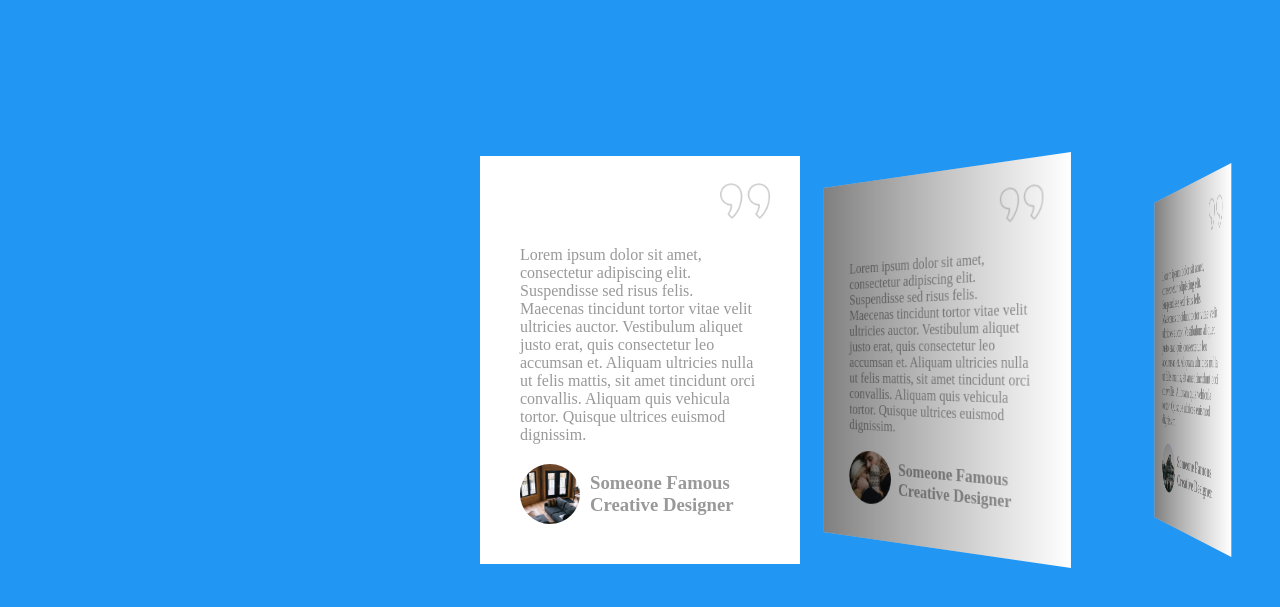
Repository: honghyunAhn/DailyFront
Page: Day210209_Responsive_Client_Testimonial_Section/index.html
These files come from the project's save history. The page is drawn as it stood at one moment and after the next save; the edit follows.
The browser window is 1280 px wide. The pictures show the whole page.

Above is the page before, as saved 2021-02-10 22:20:13.

### Day210209_Responsive_Client_Testimonial_Section/index.html
<!DOCTYPE html>
<html lang="en">
<head>
    <meta charset="UTF-8">
    <meta http-equiv="X-UA-Compatible" content="IE=edge">
    <meta name="viewport" content="width=device-width, initial-scale=1.0">
    <title>Responsive Client Testimonial Section</title>
    <link rel="stylesheet" href="https://unpkg.com/swiper/swiper-bundle.min.css" />
    <link rel="stylesheet" href="style.css">
</head>
<body>
    <section>
        <div class="swiper-container">
            <div class="swiper-wrapper">
                <div class="swiper-slide">
                    <div class="testimonialBox">
                        <img src="img/quote.png" height="50px" width="50px" class="quote">
                        <div class="content">
                            <p>Lorem ipsum dolor sit amet, consectetur adipiscing elit.
                                Suspendisse sed risus felis. Maecenas tincidunt tortor
                                vitae velit ultricies auctor. Vestibulum aliquet justo erat,
                                quis consectetur leo accumsan et. Aliquam ultricies nulla ut
                                felis mattis, sit amet tincidunt orci convallis.
                                Aliquam quis vehicula tortor. Quisque ultrices euismod dignissim.</p>
                            <div class="details">
                                <div class="imgBx">
                                    <img src="img/1.jpg" alt="">
                                </div>
                                <h3>Someone Famous<br><span>Creative Designer</span></h3>
                            </div>
                        </div>
                    </div>
                </div>
                <div class="swiper-slide">
                    <div class="testimonialBox">
                        <img src="img/quote.png" height="50px" width="50px" class="quote">
                        <div class="content">
                            <p>Lorem ipsum dolor sit amet, consectetur adipiscing elit.
                                Suspendisse sed risus felis. Maecenas tincidunt tortor
                                vitae velit ultricies auctor. Vestibulum aliquet justo erat,
                                quis consectetur leo accumsan et. Aliquam ultricies nulla ut
                                felis mattis, sit amet tincidunt orci convallis.
                                Aliquam quis vehicula tortor. Quisque ultrices euismod dignissim.</p>
                            <div class="details">
                                <div class="imgBx">
                                    <img src="img/2.jpg" alt="">
                                </div>
                                <h3>Someone Famous<br><span>Creative Designer</span></h3>
                            </div>
                        </div>
                    </div>
                </div>
                <div class="swiper-slide">
                    <div class="testimonialBox">
                        <img src="img/quote.png" height="50px" width="50px" class="quote">
                        <div class="content">
                            <p>Lorem ipsum dolor sit amet, consectetur adipiscing elit.
                                Suspendisse sed risus felis. Maecenas tincidunt tortor
                                vitae velit ultricies auctor. Vestibulum aliquet justo erat,
                                quis consectetur leo accumsan et. Aliquam ultricies nulla ut
                                felis mattis, sit amet tincidunt orci convallis.
                                Aliquam quis vehicula tortor. Quisque ultrices euismod dignissim.</p>
                            <div class="details">
                                <div class="imgBx">
                                    <img src="img/3.jpg" alt="">
                                </div>
                                <h3>Someone Famous<br><span>Creative Designer</span></h3>
                            </div>
                        </div>
                    </div>
                </div>
            </div>
        </div>
    </section>
    <script src="https://unpkg.com/swiper/swiper-bundle.min.js"></script>
    <script>
        var swiper = new Swiper('.swiper-container', {
            effect: 'coverflow',
            grabCursor: true,
            centeredSlides: true,
            slidesPerView: 'auto',
            coverflowEffect: {
                rotate: 50,
                stretch: 0,
                depth: 100,
                modifier: 1,
                slideShadows: true,
            },
            pagination: {
                el: '.swiper-pagination',
            },
        });
    </script>
</body>
</html>

### Day210209_Responsive_Client_Testimonial_Section/style.css
@import url("https://fonts.googleapis.com/css?family=Poppins:200,300,400,500,600,700,800,900&display=swap");
* {
  margin: 0;
  padding: 0;
  box-sizing: border-box;
  font-family: "Poppins" sans-serif;
}
section {
  position: relative;
  width: 100%;
  min-height: 100vh;
  display: flex;
  justify-content: center;
  align-items: center;
  background: #2196f3;
  overflow: hidden;
}
.swiper-container {
  width: 100%;
  padding-top: 50px;
  padding-bottom: 50px;
}
.swiper-slide {
  background-position: center;
  background-size: cover;
  width: 320px;
  background: #fff;
}
.testimonialBox {
  position: relative;
  width: 100%;
  padding: 40px;
  padding-top: 90px;
  color: #999;
}
.testimonialBox .quote {
  position: absolute;
  top: 20px;
  right: 30px;
  opacity: 0.2;
}
.testimonialBox .details {
  display: flex;
  align-items: center;
  margin-top: 20px;
}
.testimonialBox .details .imgBx {
  position: relative;
  width: 60px;
  height: 60px;
  border-radius: 50%;
  overflow: hidden;
  margin-right: 10px;
}
.testimonialBox .details .imgBx img {
  position: absolute;
  top: 0;
  left: 0;
  width: 100%;
  height: 100%;
  object-fit: cover;
}

After the next save:
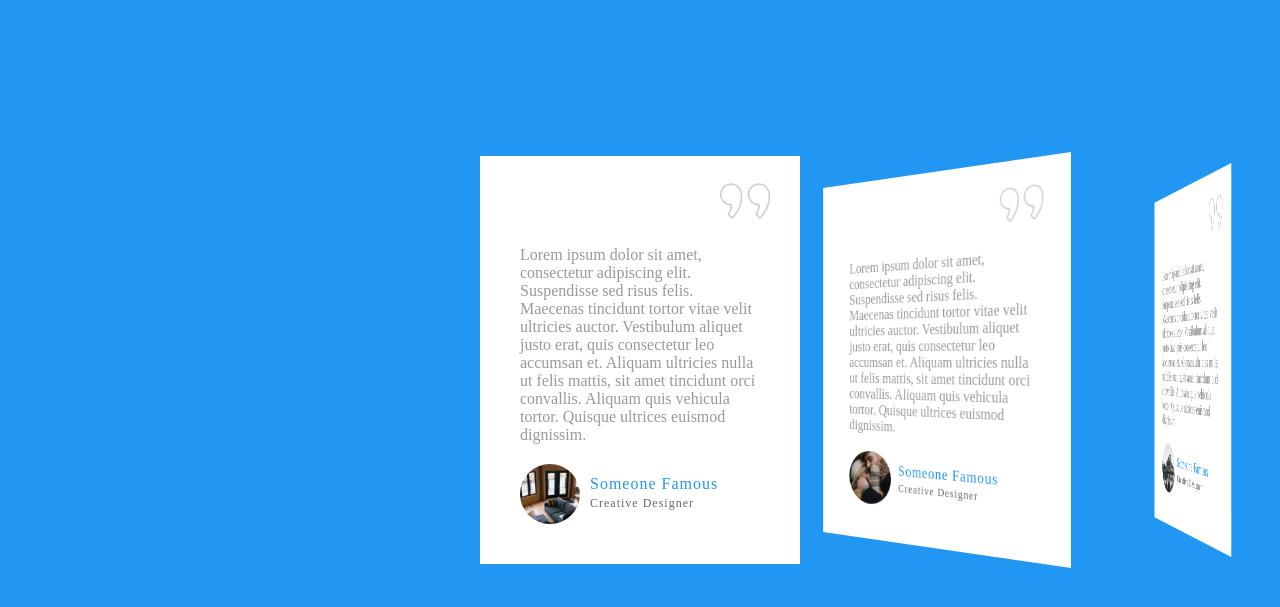
Saved 3 min 38 s later.
--- a/Day210209_Responsive_Client_Testimonial_Section/style.css
+++ b/Day210209_Responsive_Client_Testimonial_Section/style.css
@@ -60,3 +60,18 @@ section {
   height: 100%;
   object-fit: cover;
 }
+.testimonialBox .details h3 {
+  font-size: 16px;
+  font-weight: 400;
+  letter-spacing: 1px;
+  color: #2196f3;
+  line-height: 1.1em;
+}
+.testimonialBox .details h3 span {
+  font-size: 12px;
+  color: #666;
+}
+.swiper-container-3d .swiper-slide-shadow-left,
+.swiper-container-3d .swiper-slide-shadow-right {
+  background-image: none;
+}
